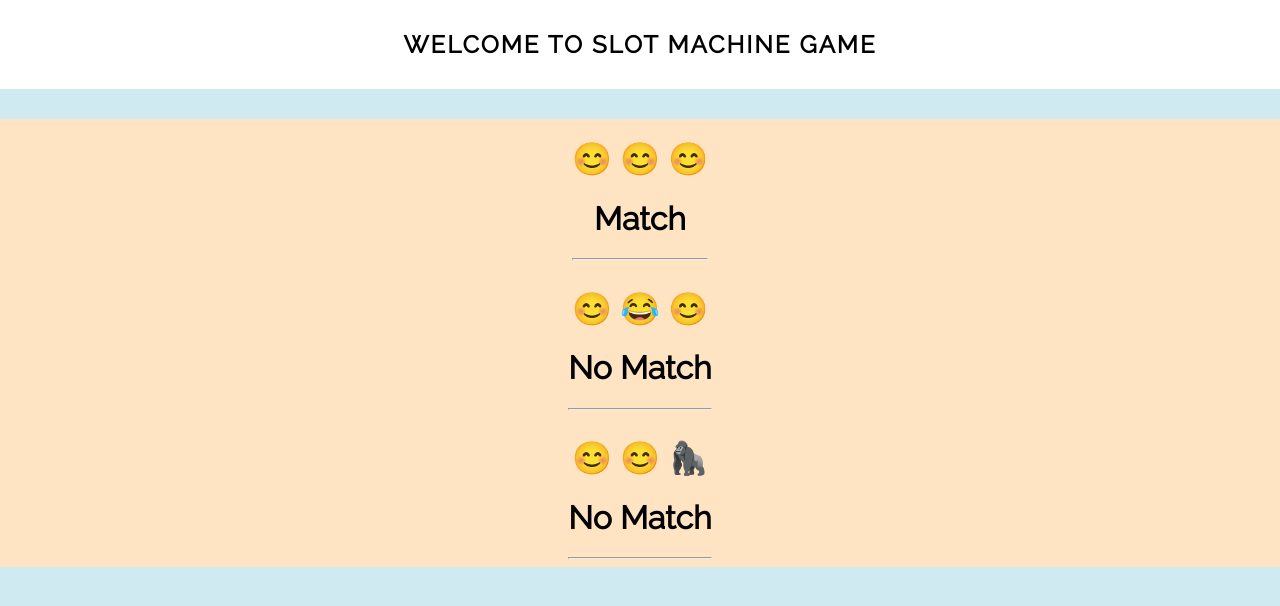
Repository: duggallakshya/slotMachineReact
Page: /
These files come from the project's save history. The page is drawn as it stood at one moment and after the next save; the edit follows.
The browser window is 1280 px wide. The pictures show the whole page.
The project was rebuilt for these pictures with package versions that can differ from the ones it lists, and the page was loaded fresh each time.

Above is the page before, as saved 2022-03-23 00:34:00.

After the next save:
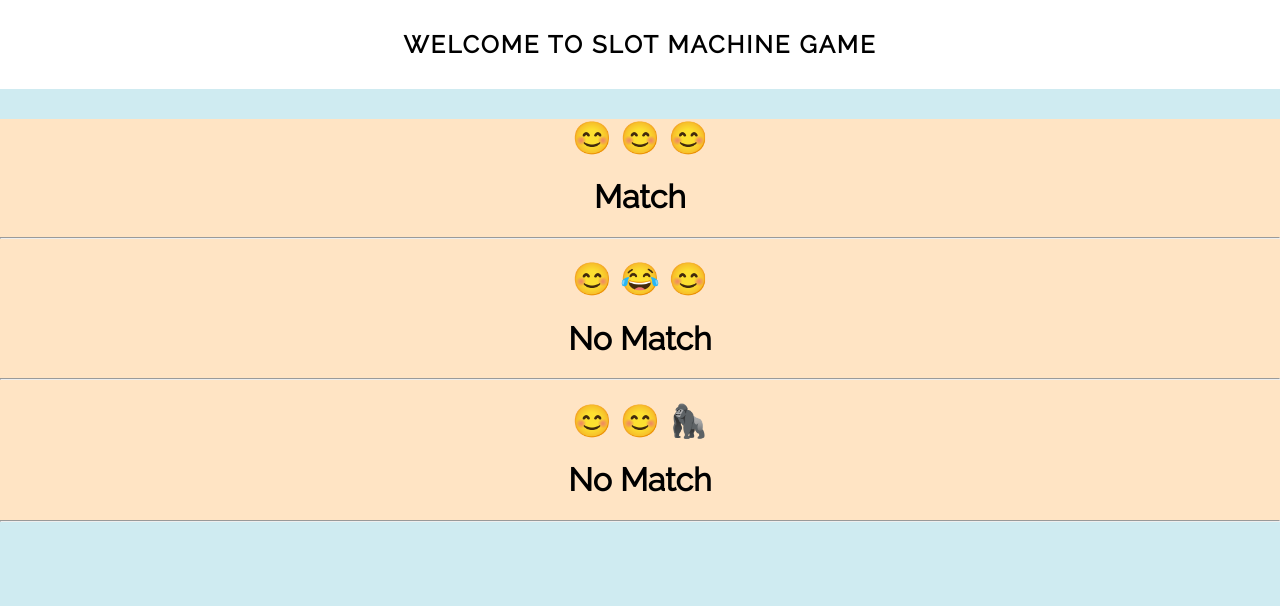
Saved 4 s later.
--- a/src/index.css
+++ b/src/index.css
@@ -26,7 +26,7 @@ body{
   font-family: 'Raleway', sans-serif ;
 }
 .main-div{
-  display: flex;
+  display: flexbox;
   flex-direction: column;
   height: auto;
   justify-content: center;
